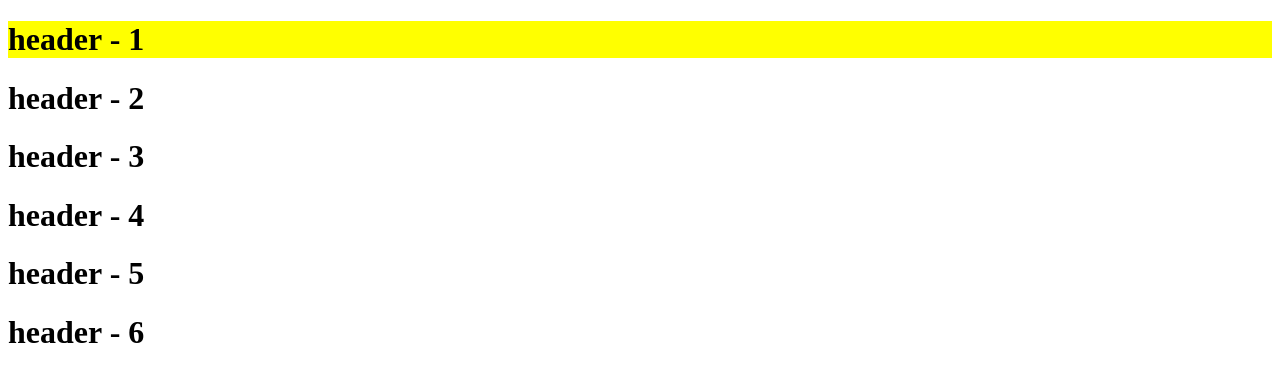
Repository: Junhee1412/front_end_practice
Page: jquery, bootstrap/js01_jquery/public/js08_addClass.html
These files come from the project's save history. The page is drawn as it stood at one moment and after the next save; the edit follows.
The browser window is 1280 px wide. The pictures show the whole page.

Above is the page before, as saved 2022-11-14 05:49:37.

### jquery, bootstrap/js01_jquery/public/js08_addClass.html
<!DOCTYPE html>
<html>
<head>
	<meta charset="UTF-8">
	<title>Insert title here</title>
		<script src="https://code.jquery.com/jquery-3.6.0.min.js"
    	integrity="sha256-/xUj+3OJU5yExlq6GSYGSHk7tPXikynS7ogEvDej/m4="
    	crossorigin="anonymous"></script>
    	<style>
    	.high-light{background-color:yellow;}
    	</style>

	<script>
		$(function(){

		});
	</script>
</head>
<body>
	<h1 class="high-light">header - 1</h1>
	<h1>header - 2</h1>
	<h1>header - 3</h1>
	<h1>header - 4</h1>
	<h1>header - 5</h1>
	<h1>header - 6</h1>
</body>
</html>

After the next save:
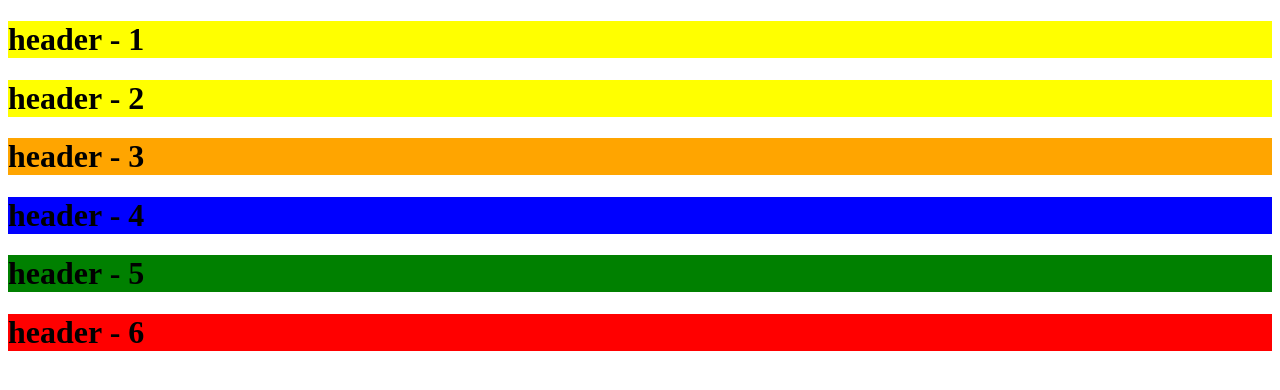
Saved 2 min 37 s later.
--- a/jquery, bootstrap/js01_jquery/public/js08_addClass.html
+++ b/jquery, bootstrap/js01_jquery/public/js08_addClass.html
@@ -8,6 +8,13 @@
     	crossorigin="anonymous"></script>
     	<style>
     	.high-light{background-color:yellow;}
+    	.high-light-1{background-color:yellow;}
+    	.high-light-2{background-color:orange;}
+    	.high-light-3{background-color:blue;}
+    	.high-light-4{background-color:green;}
+    	.high-light-5{background-color:red;}
+    	.high-light-6{background-color:gray;}
+
     	</style>
 
 	<script>
@@ -18,10 +25,10 @@
 </head>
 <body>
 	<h1 class="high-light">header - 1</h1>
-	<h1>header - 2</h1>
-	<h1>header - 3</h1>
-	<h1>header - 4</h1>
-	<h1>header - 5</h1>
-	<h1>header - 6</h1>
+	<h1 class="high-light-1">header - 2</h1>
+	<h1 class="high-light-2">header - 3</h1>
+	<h1 class="high-light-3">header - 4</h1>
+	<h1 class="high-light-4">header - 5</h1>
+	<h1 class="high-light-5">header - 6</h1>
 </body>
 </html>
